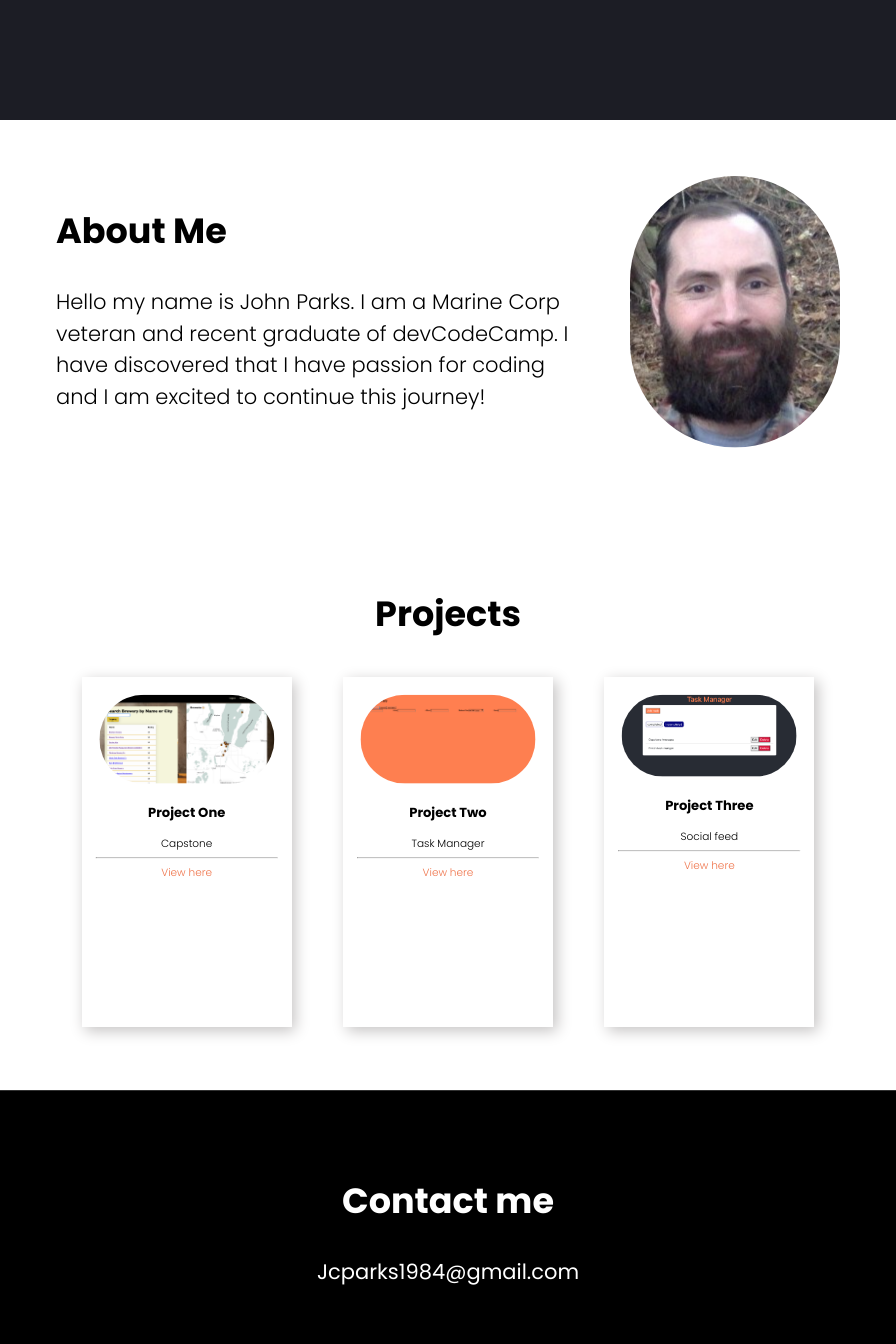
Repository: Jcparks84/Portfolio
Page: index.html
These files come from the project's save history. The page is drawn as it stood at one moment and after the next save; the edit follows.
The browser window is 1280 px wide. The pictures show the part of the page from y = 549 to 2469 px (the page is 2469 px tall), at 70% of full size.
A picture or video elsewhere on the page could not be fetched, so the positions and the page height are approximate. Some web libraries are served in a nearby version.

Above is the page before, as saved 2022-08-11 17:41:34.

After the next save:
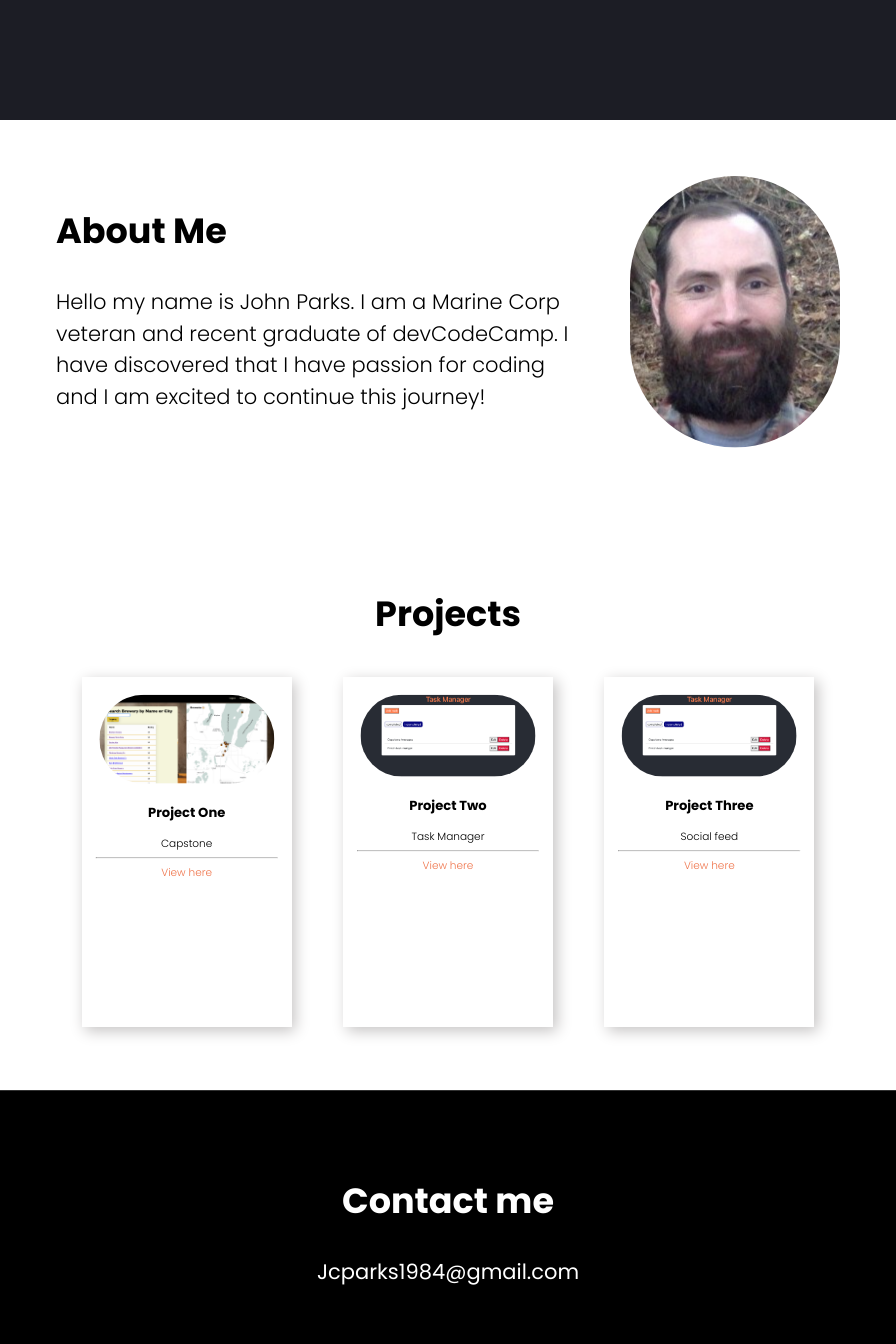
Saved 3 min 0 s later.
--- a/index.html
+++ b/index.html
@@ -62,7 +62,7 @@
                   <p class="subtext"><a class="project-link" href="https://github.com/Jcparks84/Capstone">View here</a></p>
               </div>
               <div class="project-card">
-                <img class="project-image" src="src/images/music_library.png" alt="Project One Image"/>
+                <img class="project-image" src="src/images/task_manager.png" alt="Project One Image"/>
                 <h3>Project Two</h3>
                 <p class="subtext">Task Manager</p>
                 <hr/>
